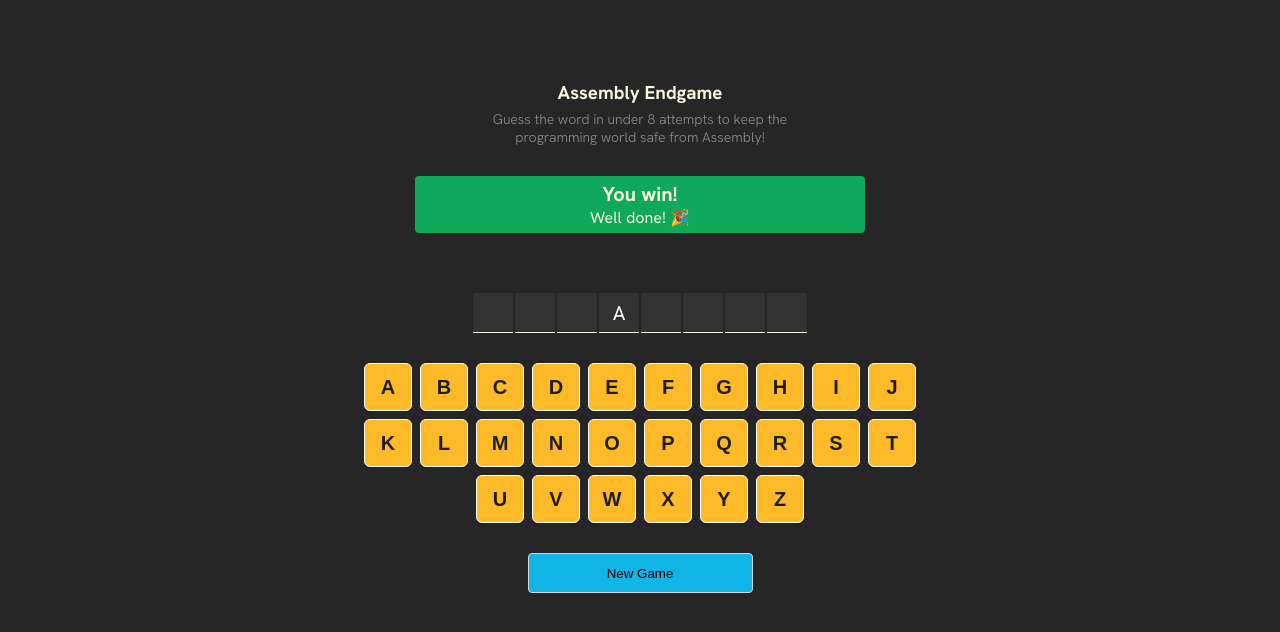
Repository: AchrafAzzaoui/AssemblyEndgame
Page: / (app in assembly-endgame/), after clicking the first element matching `button.letter-button`
An editor plug-in stored every save of this project. The page is shown before and after the next save, followed by the edit.
The browser window is 1280 px wide. The pictures show the whole page.
The project was rebuilt for these pictures with package versions that can differ from the ones it lists, and the page was loaded fresh each time. Also part of the build but not shown: assembly-endgame/vite.config.js.

Above is the page before, as saved 2024-12-25 17:13:36.

### assembly-endgame/index.html
<!DOCTYPE html>
<html lang="en">
  <head>
    <meta charset="UTF-8" />
    <link rel="icon" type="image/svg+xml" href="/vite.svg" />
    <meta name="viewport" content="width=device-width, initial-scale=1.0" />
    <link
      href="https://fonts.googleapis.com/css2?family=Hanken+Grotesk:wght@300;400;500;600;700&display=swap"
      rel="stylesheet"
    />
    <title>Assembly Endgame</title>
  </head>
  <body>
    <div id="root"></div>
    <script type="module" src="/src/main.jsx"></script>
  </body>
</html>

### assembly-endgame/src/index.css
* {
  margin: 0;
  padding: 0;
  box-sizing: border-box;
}
body {
  font-family: "Hanken Grotesk", sans-serif;
  background-color: #262626;
  color: #d9d9d9;
  padding: 80px 40px;
  height: 100vh;
  display: flex;
  justify-content: center;
}

header {
  text-align: center;
}

.game-title {
  color: #f9f4da;
}
.game-description {
  margin-top: 5px;
  font-weight: 300;
  color: #8e8e8e;
  font-size: 0.875rem;
  max-width: 350px;
}
.game-description,
.game-title {
  text-align: center;
}

/* status */
.game-status {
  width: 100%;
  max-width: 450px;
  background-color: #10a95b;
  color: #f9f4da;
  display: flex;
  flex-direction: column;
  justify-content: space-evenly;
  align-items: center;
  padding: 5px 20px;
  margin: 20px 0;
  border-radius: 4px;
  margin-block: 30px;
}

.game-status h2 {
  font-size: 1.25rem;
  /* margin: 5px; */
}

/* language tags */
.language-tags-container {
  display: flex;
  justify-content: center;
  flex-wrap: wrap;
  gap: 2px;
  max-width: 350px;
}

.language-tag {
  padding: 0.25rem 0.5rem;
  border-radius: 2px;
}

main {
  width: 100%;
  max-width: 600px;
  display: flex;
  flex-direction: column;
  align-items: center;
}

/* letter tiles and word container*/

.word-display {
  width: 100%;
  max-width: 350px;
  display: flex;
  gap: 2px;
  justify-content: center;
  align-items: center;
  margin-top: 30px;
}

.letter-tile {
  background-color: #323232;
  color: #fff;
  width: min(2.5rem, 8vw); /* responsive width */
  aspect-ratio: 1; /* maintain square shape */
  border-bottom: 1px solid #f9f4da;
  display: flex;
  justify-content: center;
  align-items: center;
  font-size: clamp(1rem, 4vw, 1.25rem); /* responsive font size */
}

/* keyboard and letter buttons */
.keyboard {
  display: flex;
  flex-wrap: wrap;
  justify-content: center;
  gap: 8px;
  margin-top: 30px;
}

.letter-button {
  background-color: #fcba29;
  color: #1e1e1e;
  padding: 0rem;
  border: 0.5px solid white;
  min-width: 3rem;
  text-align: center;
  font-size: 1rem;
  aspect-ratio: 1/1;
  border-radius: 6px;
  font-weight: 600;
  font-size: 1.25rem;
  line-height: 1.5rem;
  cursor: pointer;
}

/* New game button */

.new-game-button {
  background-color: #11b5e5;
  border: 1px solid #d7d7d7;
  border-radius: 4px;
  width: 225px;
  height: 40px;
  padding: 6px 12px;
  display: block;
  margin-top: 30px;
  cursor: pointer;
}

### assembly-endgame/src/App.jsx
import { useState } from "react";
import Status from "./components/Status.jsx";
import LanguageTags from "./components/LanguageTags.jsx";
import WordDisplay from "./components/WordDisplay.jsx";
import Keyboard from "./components/Keyboard.jsx";
import NewGameButton from "./components/NewGameButton.jsx";

export default function App() {
  const [correctWord, setCorrectWord] = useState("REFACTOR");
  const [guessedLetters, setGuessedLetters] = useState([]);

  function addGuessedLetter(letter) {
    setGuessedLetters((prevGussedLetters) => {
      const prevLetters = new Set(prevGussedLetters);
      prevLetters.add(letter);
      return Array.from(prevLetters);
    });
  }
  return (
    <main>
      <header>
        <h3 className="game-title">Assembly Endgame</h3>
        <p className="game-description">
          Guess the word in under 8 attempts to keep the programming world safe
          from Assembly!
        </p>
      </header>
      <Status />
      <LanguageTags />
      <WordDisplay
        correctWord={correctWord}
        guessedLetters={guessedLetters}
        addGuessedLetter={addGuessedLetter}
      />
      <Keyboard
        guessedLetters={guessedLetters}
        addGuessedLetter={addGuessedLetter}
        correctWord={correctWord}
      />
      <NewGameButton />
    </main>
  );
}

### assembly-endgame/src/components/Status.jsx
import { useState } from "react";

export default function Status() {
  return (
    <div className="game-status">
      <h2>You win!</h2>
      <p>Well done! 🎉</p>
    </div>
  );
}

### assembly-endgame/src/components/LanguageTags.jsx
import { useState } from "react";
import { languages } from "../data/languages.js";

export default function LanguageTags() {
  const languageTags = languages.map((language) => {
    const { name, backgroundColor, color } = language;
    <div
      className="language-tag"
      style={{ backgroundColor: backgroundColor, color: color }}
    >
      <h5>{name}</h5>
    </div>;
  });
  return <div className="language-tags-container">{languageTags}</div>;
}

### assembly-endgame/src/components/WordDisplay.jsx
import { useState } from "react";

export default function WordDisplay({ guessedLetters, correctWord }) {
  const letterTiles = correctWord.split("").map((letter, index) => {
    return (
      <span className="letter-tile" key={index}>
        {guessedLetters.includes(letter.toUpperCase())
          ? letter.toUpperCase()
          : "\u00A0"}
      </span>
    );
  });
  return <div className="word-display">{letterTiles}</div>;
}

### assembly-endgame/src/components/Keyboard.jsx
import { clsx } from "clsx";

export default function Keyboard({
  guessedLetters,
  addGuessedLetter,
  correctWord,
}) {
  const letters = "ABCDEFGHIJKLMNOPQRSTUVWXYZ".split("");
  const letterButtons = letters.map((letter) => {
    return (
      <button
        key={letter}
        value={letter}
        onClick={(event) => addGuessedLetter(event.currentTarget.value)}
        className={clsx({
          "letter-button": true,
          correct:
            guessedLetters.includes(letter) && correctWord.includes(letter),
          incorrect:
            guessedLetters.includes(letter) && !correctWord.includes(letter),
        })}
      >
        {letter}
      </button>
    );
  });
  return <div className="keyboard">{letterButtons}</div>;
}

### assembly-endgame/src/components/NewGameButton.jsx
export default function NewGameButton() {
  return <button className="new-game-button">New Game</button>;
}

### assembly-endgame/src/data/languages.js
export const languages = [
  {
    name: "Java",
    backgroundColor: "#E2680F",
    color: "#F9F4DA",
  },
  {
    name: "C++",
    backgroundColor: "#328AF1",
    color: "#F9F4DA",
  },
  {
    name: "JavaScript",
    backgroundColor: "#F4EB13",
    color: "#1E1E1E",
  },
  {
    name: "Go",
    backgroundColor: "#2ED3E9",
    color: "#1E1E1E",
  },
  {
    name: "TypeScript",
    backgroundColor: "#298EC6",
    color: "#F9F4DA",
  },
  {
    name: "Julia",
    backgroundColor: "#599137",
    color: "#F9F4DA",
  },
  {
    name: "Python",
    backgroundColor: "#FFD742",
    color: "#1E1E1E",
  },
  {
    name: "Ruby",
    backgroundColor: "#D02B2B",
    color: "#F9F4DA",
  },
  {
    name: "Assembly",
    backgroundColor: "#2D519F",
    color: "#F9F4DA",
  },
];

Loaded but not shown: assembly-endgame/src/main.jsx (common file)

After the next save:
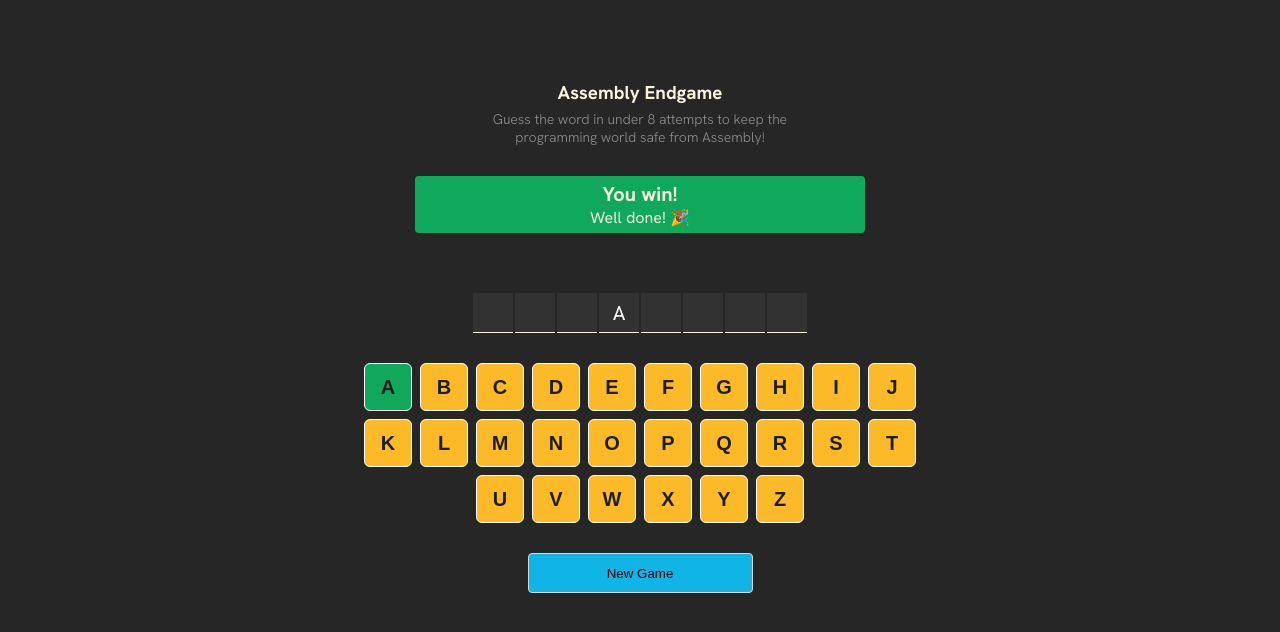
Saved 70 s later.
--- a/assembly-endgame/src/index.css
+++ b/assembly-endgame/src/index.css
@@ -124,6 +124,12 @@
   cursor: pointer;
 }
 
+.correct {
+  background-color: #10a95b;
+}
+.incorrect {
+  background-color: #ec5d49;
+}
 /* New game button */
 
 .new-game-button {
